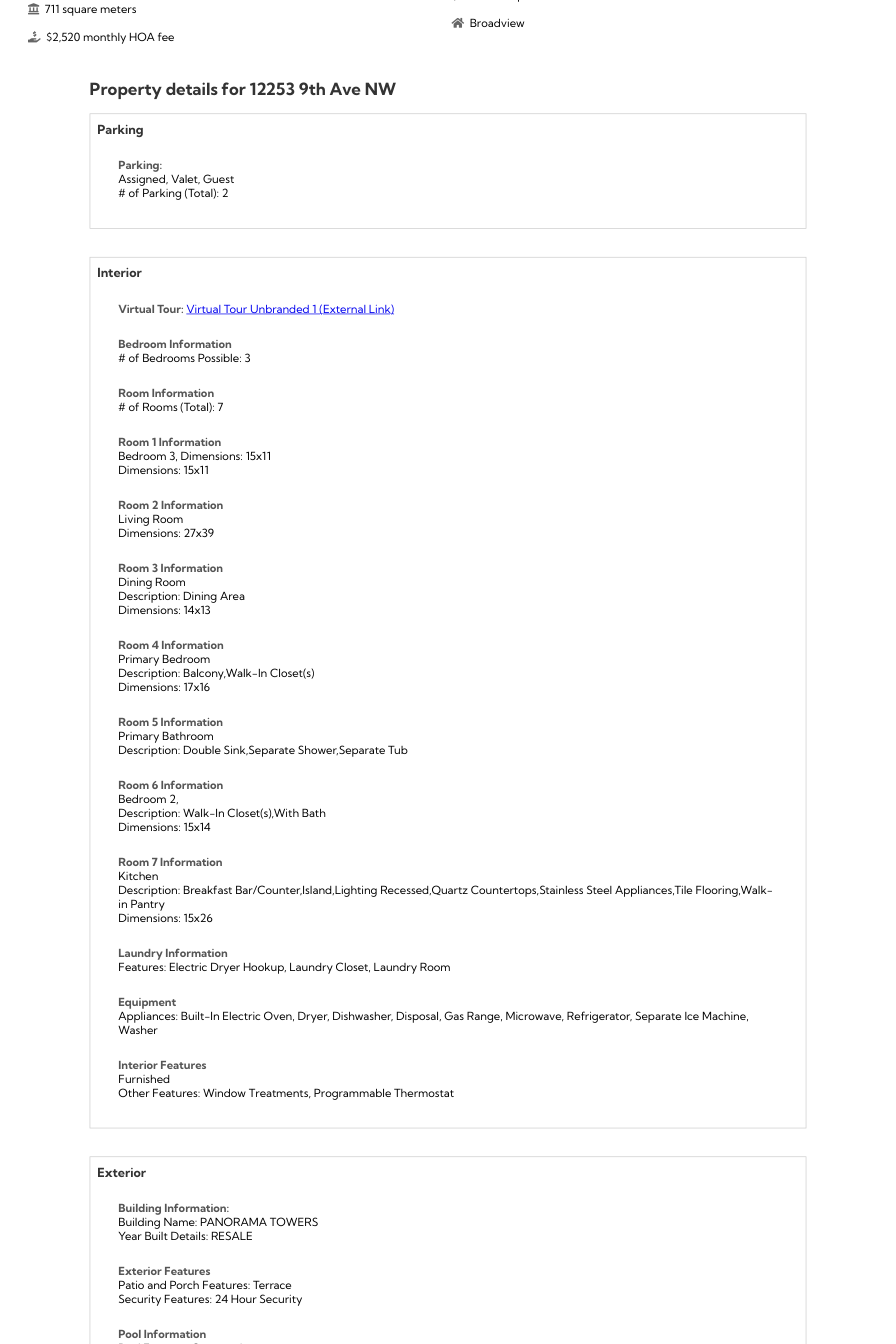
Repository: MrAllin1/ProgWWW_23_Gr1
Page: pages/House1.html
The author's editor kept a copy of each file at every save. The page is drawn from the files as they stood at one save, then again after the next save.
The browser window is 1280 px wide. The pictures show the part of the page from y = 1080 to 3000 px (the page is 5197 px tall before and 5257 px after), at 70% of full size.
A picture or video elsewhere on the page could not be fetched, so the positions and the page height are approximate. Some web libraries are served in a nearby version.

Above is the page before, as saved 2024-01-11 07:32:33.

### pages/House1.html
<!DOCTYPE html>
<html lang="en">
<head>
    <meta charset="UTF-8">
    <meta name="viewport" content="width=device-width, initial-scale=1.0">
    <link rel="stylesheet" type="text/css" href="../pages/stylesForHouse.css">
    <script src="https://kit.fontawesome.com/186711ed6a.js" crossorigin="anonymous"></script>
    <link rel="preconnect" href="https://fonts.googleapis.com">
    <link rel="preconnect" href="https://fonts.gstatic.com" crossorigin>
    <link href="https://fonts.googleapis.com/css2?family=Kumbh+Sans:wght@400;700&display=swap" rel="stylesheet">
    <link rel="stylesheet" href="https://cdnjs.cloudflare.com/ajax/libs/font-awesome/5.15.4/css/all.min.css">
    <title>House on Seattle</title>
</head>
<body>
    <nav class="navbar">
        <div class="navbar_container">
            <a href="/" id="navbar_logo"> <i class="fas fa-house-flag"></i>AFA</a>
            <div class="navbar_toggle" id="mobile-menu">
                <span class="bar"></span>
                <span class="bar"></span>
                <span class="bar"></span>
            </div>
            <ul class="navbar_menu">
                <li class="navbar_item">
                    <a href="#home" class="navbar_link">Home</a>
                </li>
                <li class="navbar_item">
                    <a href="#services" class="navbar_link">Services</a>
                </li>
                <li class="navbar_item">
                    <a href="/pages/BuyRent.html" class="navbar_link">Buy/Rent</a>
                </li>
                <li class="navbar_item">
                    <a href="/pages/sell.html" class="navbar_link">Sell</a>
                </li>
                <li class="navbar_btn">
                    <a href="/pages/signUp.html" class="button">Sign Up</a>
                </li>
            </ul>
        </div>
    </nav>
    <div class="gallery-container">
        <h1>Welcome to the Seattle, WA 98177 House</h1> </br>
        <a href="https://www.google.com/maps/place/12253+9th+Ave+NW,Seattle,WA+98177" target="_blank" class="services_link">12253 9th Ave NW, Seattle, WA 98177</a>
        <p>$1,099,000</p>
        <span>195 square meters</span>
        <div class="gallery">
            <img src="/images/House_2/item_1.jpg" alt="Image 1" />
            <img src="/images/House_2/item_2.jpg" alt="Image 2" />
            <img src="/images/House_2/item_3.jpg" alt="Image 3" />
            <img src="/images/House_2/item_4.jpg" alt="Image 4" />
            <img src="/images/House_2/item_5.jpg" alt="Image 5" />
            <img src="/images/House_2/item_6.jpg" alt="Image 6" />
            <img src="/images/House_2/item_7.jpg" alt="Image 7" />
            <img src="/images/House_2/item_8.jpg" alt="Image 8" />
            <img src="/images/House_2/item_9.jpg" alt="Image 9" />
            <img src="/images/House_2/item_10.jpg" alt="Image 10" />
            <img src="/images/House_2/item_11.jpg" alt="Image 11" />
            <img src="/images/House_2/item_12.jpg" alt="Image 12" />
            <img src="/images/House_2/item_13.jpg" alt="Image 13" />
            <img src="/images/House_2/item_14.jpg" alt="Image 14" />
            <img src="/images/House_2/item_15.jpg" alt="Image 15" />
            <img src="/images/House_2/item_16.jpg" alt="Image 16" />
            <img src="/images/House_2/item_17.jpg" alt="Image 17" />
            <img src="/images/House_2/item_18.jpg" alt="Image 18" />
            <img src="/images/House_2/item_19.jpg" alt="Image 19" />
            <img src="/images/House_2/item_20.jpg" alt="Image 20" />
            <img src="/images/House_2/item_21.jpg" alt="Image 21" />
            <img src="/images/House_2/item_22.jpg" alt="Image 22" />
            <img src="/images/House_2/item_23.jpg" alt="Image 23" />
</div>

          <button class="arrow-button left">&#8249;</button>
          <button class="arrow-button right">&#8250;</button>
          <p><strong> About this home</strong></br> Lovely Puget Sound and Olympic Mountain views in this well-maintained Broadview home! Ready for your personal touches, this spacious home has hardwood flooring, huge windows for enjoying the stunning water views, kitchen with breakfast bar, sunny dining area, and 2 large living spaces, each with a cozy fireplace. Plenty of room for everyone with 4 good sized bedrooms, and a versatile layout. Head outside to the spacious deck with water views, and down below a fenced yard with a patio, and built-in raised garden beds. Just steps from Carkeek Park & Beach, easy access to I-5, and located near plenty of restaurants, shops, & more. Don't miss out on this opportunity to be a part of the Broadview Community!</p>
    </div>
</br>
    <div class="property-features">
      <div class="feature">
        <i class="far fa-clock"></i> 5 days on AFA
      </div>
      <div class="feature">
        <i class="fas fa-warehouse"></i> Has garage
      </div>
      <div class="feature">
        <i class="fas fa-home"></i> Single family
      </div>
      <div class="feature">
        <i class="fas fa-landmark"></i> 711 square meters
      </div>
      <div class="feature">
        <i class="fas fa-hand-holding-usd"></i> $2,520 monthly HOA fee
      </div>
      <div class="feature">
        <i class="fas fa-tools"></i> Built in 2005
      </div>
      <div class="feature">
        <i class="fas fa-map-marker-alt"></i> Seattle
      </div>
      <div class="feature">
        <i class="fas fa-soap"></i>In-unit laundry (washer and dryer)
      </div>
      <div class="feature">
        <i class="fas fa-dollar-sign"></i> $523 for sq m
    </div>
      <div class="feature">
        <i class="fas fa-home"></i> Broadview
      </div>
    </div>

    <div class="container">
        <h1>Property details for 12253 9th Ave NW</h1>
            <div class="details">
                <div class="section">
                    <h2>Parking</h2>
                    <ul>
                        <li><strong>Parking:</strong></br> Assigned, Valet, Guest</br># of Parking (Total): 2</li>
                    </ul>
                </div>
            </div>

            <div class="details">
                <div class="section">
                    <h2>Interior</h2>
                    <ul>
                        <li><strong>Virtual Tour:</strong> <a href="https://www.propertypanorama.com/instaview/las/2551138" target="_blank" rel="noopener noreferrer">Virtual Tour Unbranded 1 (External Link)</a></li>
                        <li><strong>Bedroom Information</strong> </br># of Bedrooms Possible: 3 </br></li>
                        <li><strong>Room Information</strong> </br># of Rooms (Total): 7</li>
                        <li><strong>Room 1 Information</strong> </br>Bedroom 3, Dimensions: 15x11</br>Dimensions: 15x11</li>
                        <li><strong>Room 2 Information</strong> </br>Living Room</br>Dimensions: 27x39</li>
                        <li><strong>Room 3 Information</strong> </br>Dining Room</br>Description: Dining Area</br>Dimensions: 14x13</li>
                        <li><strong>Room 4 Information</strong> </br>Primary Bedroom</br>Description: Balcony,Walk-In Closet(s)</br>Dimensions: 17x16</li>
                        <li><strong>Room 5 Information</strong></br> Primary Bathroom</br>Description: Double Sink,Separate Shower,Separate Tub</li>
                        <li><strong>Room 6 Information</strong></br> Bedroom 2, </br>Description: Walk-In Closet(s),With Bath</br>Dimensions: 15x14</li>
                        <li><strong>Room 7 Information</strong></br> Kitchen</br>Description: Breakfast Bar/Counter,Island,Lighting Recessed,Quartz Countertops,Stainless Steel Appliances,Tile Flooring,Walk-in Pantry</br>Dimensions: 15x26</li>
                        <li><strong>Laundry Information</strong></br> Features: Electric Dryer Hookup, Laundry Closet, Laundry Room</li>
                        <li><strong>Equipment</strong></br> Appliances: Built-In Electric Oven, Dryer, Dishwasher, Disposal, Gas Range, Microwave, Refrigerator, Separate Ice Machine, Washer</li>
                        <li><strong>Interior Features</strong></br>Furnished</br> Other Features: Window Treatments, Programmable Thermostat</li>
                    </ul>
                </div>
            </div>
                <div class="details">
                <div class="section">
                    <h2>Exterior</h2>
                    <ul>
                        <li><strong>Building Information:</strong></br> Building Name: PANORAMA TOWERS</br>Year Built Details: RESALE</li>
                        <li><strong>Exterior Features</strong></br>Patio and Porch Features: Terrace</br> Security Features: 24 Hour Security</li>
                        <li><strong>Pool Information</strong></br> Pool Features:Community</li>
                        <li><strong>Property Information</strong></br> Has View</br>Entry Level: 17</br>Resale</li>

                    </ul>
                </div>
            </div>
            <div class="details">
                <div class="section">
                    <h2>Financial</h2>
                    <ul>
                        <li><strong>Tax Information:</strong> </br>Annual Amount: $5,535</li>
                    </ul>
                </div>
            </div>

            <div class="details">
                <div class="section">
                    <h2>Utilities</h2>
                    <ul>
                        <li><strong>Utility Information:</strong></br> Utilities: High Speed Internet Available</li>
                        <li>S<strong>Heating & Cooling</strong></br> Has Cooling</br>Cooling:Electric</br>Has Heating</br>Heating: Central,Gas</li>
                    </ul>
                </div>
            </div>


            <div class="details">
                <div class="section">
                    <h2>Location</h2>
                    <ul>
                        <li><strong>Multi Unit Information:</strong></br> Pets Allowed: Number Limit, Size Limit, Yes</li>
                        <li><strong>HOA Information</strong> </br>Has Home Owners Association </br>Association Name: Panorama Towers </br>Association Fee: $2,520 Monthly</br>Association Fee Includes: Association Management, Cable TV, Internet, Recreation Facilities, Sewer, Trash, Water</br>Association Amenities: Business Center, Dog Park, Fitness Center, Gated, Media Room, Barbecue, Pool, Recreation Room, Guard, Spa/Hot Tub, Security, Concierge</li>
                        <li><strong>School</strong></br>  Elementary School: Thiriot Joseph,Thiriot Joseph</br>Middle Or Junior School: Sawyer Grant</br>High School: Clark Ed. W.</li>
                        <li><strong>Community Information:</strong></br>Community Features: Pool</li>
                    </ul>
                </div>
            </div>


            <div class="details">
                <div class="section">
                    <h2>Other</h2>
                    <ul>
                        <li><strong>Listing Information:</strong></br> Attribution Contact: 702-930-8408</br>Buyer Agency Compensation: 2.5000</li>
                    </ul>
                </div>
            </div>
        </div>
    </div>



      <div class="container">
        <h1>About climate risks</h1>
        <p>Climate risks have some of natural disasters and may be impacted by climate change due to rising temperatures and sea levels.</p>

        <div class="risk-factor" id="floodRisk">
            <h2>Flood Factor</h2>
            <p>Unlikely to flood in next 50 years.</p>
        </div>

        <div class="risk-factor" id="fireRisk">
            <h2>Fire Factor</h2>
            <p>Unlikely to be in a wildfire in next 50 years.</p>
        </div>

        <div class="risk-factor" id="heatRisk">
            <h2>Heat Factor</h2>
            <p>7 days above 99° expected this year, 14 days in 30 years.</p>
        </div>
    </div>
    <div class="footer_container">
        <div class="footer_links">
            <div class="footer_link-wrapper">
                <div class="footer_link-items">
                    <h2>About Us</h2>
                    <a href="/">How it works</a>
                    <a href="/">Testimonials</a>
                    <a href="/">Careers</a>
                    <a href="/">Terms of Service</a>
                </div>
                <div class="footer_link-items">
                    <h2>Contact Us</h2>
                    <a href="/">Contact</a>
                    <a href="/">Support</a>
                    <a href="/">Thro Gmail</a>
                    <a href="/">Phone number</a>
                </div>
            </div>
            <div class="footer_link-wrapper">
                <div class="footer_link-items">
                    <h2>Partners</h2>
                    <a href="/">A RealEstate</a>
                    <a href="/">B RealEstate</a>
                    <a href="/">C RealEstate</a>
                    <a href="/">D RealEstate</a>
                </div>
                <div class="footer_link-items">
                    <h2>Social media</h2>
                    <a href="https://www.instagram.com" target="_blank">Instagram</a>
                    <a href="https://www.facebook.com" target="_blank">Facebook</a>
                    <a href="https://www.linkedin.com" target="_blank">LinkedIn</a>
                    <a href="https://www.twitter.com" target="_blank">Twitter</a>
                </div>
            </div>
        </div>
        <div class="social_media">
            <div class="social_media-wrap">
                <div class="footer_logo">
                    <a href="/" id="footer_logo"> <i class="fas fa-house-flag"></i>AFA</a>
                </div>
                <p class="website_rights">AFA © 2023.All rights reserved</p>
                <div class="social_icons">
                    <a href="/" class="social_icon_link" target="_blank"><i class="fab fa-facebook"></i></a>
                    <a href="https://www.instagram.com" class="social_icon_link" target="_blank"><i class="fab fa-instagram"></i></a>
                    <a href="https://www.facebook.com" class="social_icon_link" target="_blank"><i class="fab fa-youtube"></i></a>
                    <a href="https://www.twitter.com" class="social_icon_link" target="_blank"><i class="fab fa-twitter"></i></a>
                    <a href="https://www.linkedin.com" class="social_icon_link" target="_blank"><i class="fab fa-linkedin"></i></a>
                </div>
            </div>
        </div>
    </div>

    <script src="../app.js"></script>

</body>
</html>

Loaded but not shown: app.js (155 lines, source omitted); pages/stylesForHouse.css (787 lines, source omitted)

After the next save:
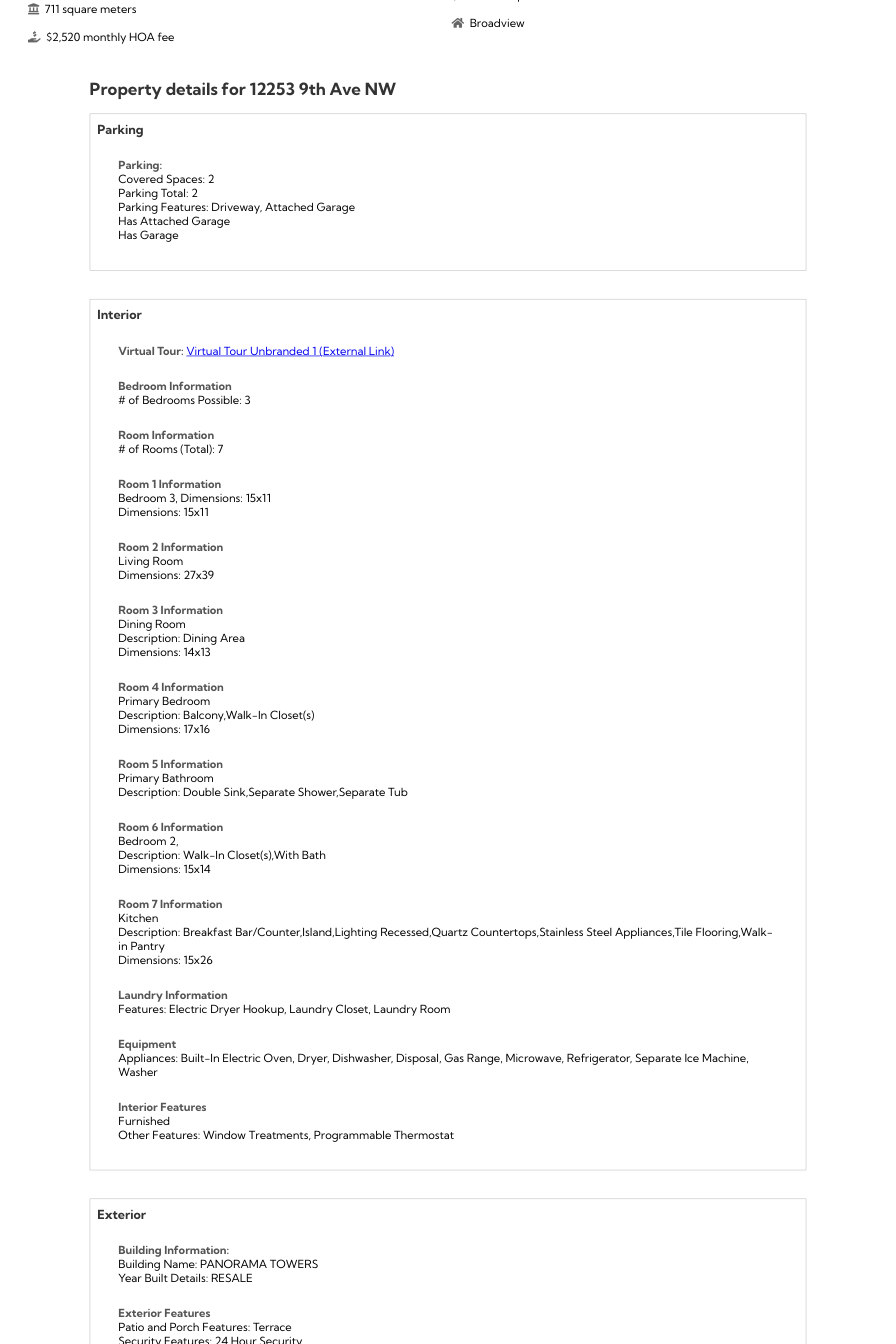
Saved 5 min 9 s later.
--- a/pages/House1.html
+++ b/pages/House1.html
@@ -114,7 +114,7 @@
                 <div class="section">
                     <h2>Parking</h2>
                     <ul>
-                        <li><strong>Parking:</strong></br> Assigned, Valet, Guest</br># of Parking (Total): 2</li>
+                        <li><strong>Parking:</strong></br> Covered Spaces: 2</br>Parking Total: 2</br>Parking Features: Driveway, Attached Garage</br>Has Attached Garage</br>Has Garage</li>
                     </ul>
                 </div>
             </div>
